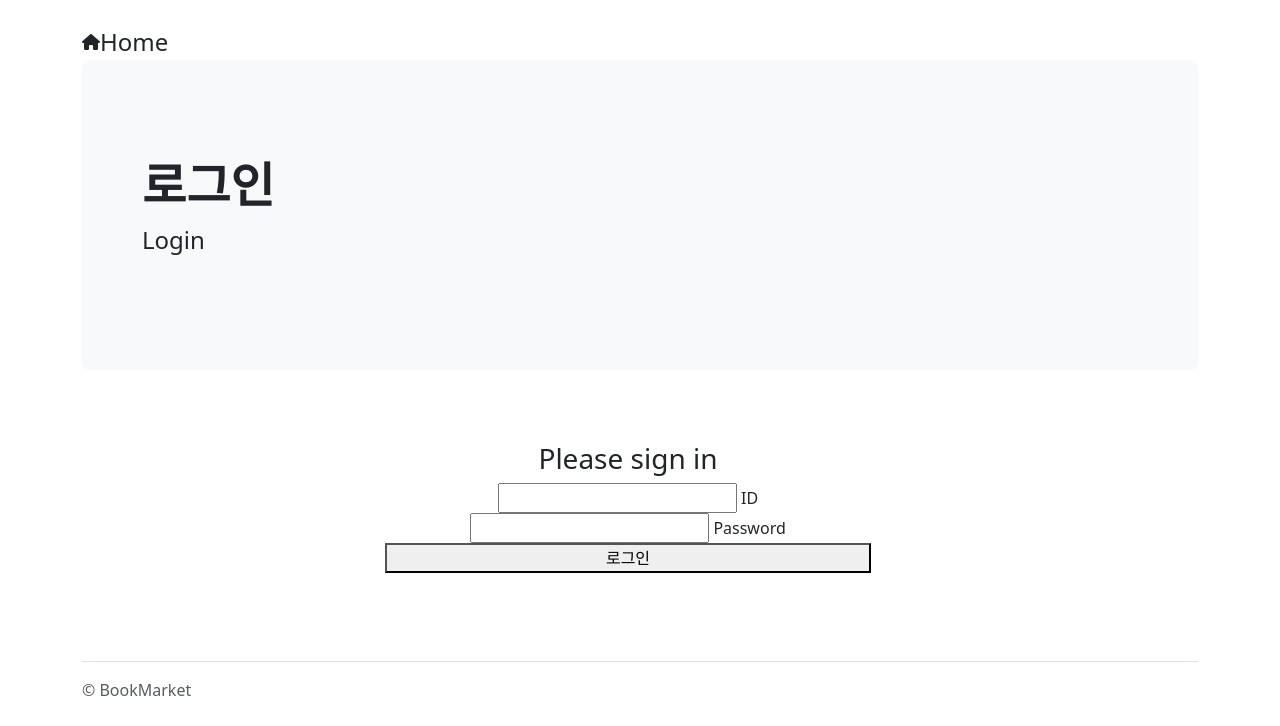
Repository: byeolchorong/ITedunet
Page: http://localhost/BookMarket/login.jsp
The author's editor kept a copy of each file at every save. The page is drawn from the files as they stood at one save, then again after the next save.
The browser window is 1280 px wide. The pictures show the whole page.
Some web libraries are served in a nearby version. The page is served by Tomcat 9. Nobody is signed in. The application's start-up code is not run.

Above is the page before, as saved 2025-05-29 06:10:34.

After the next save:
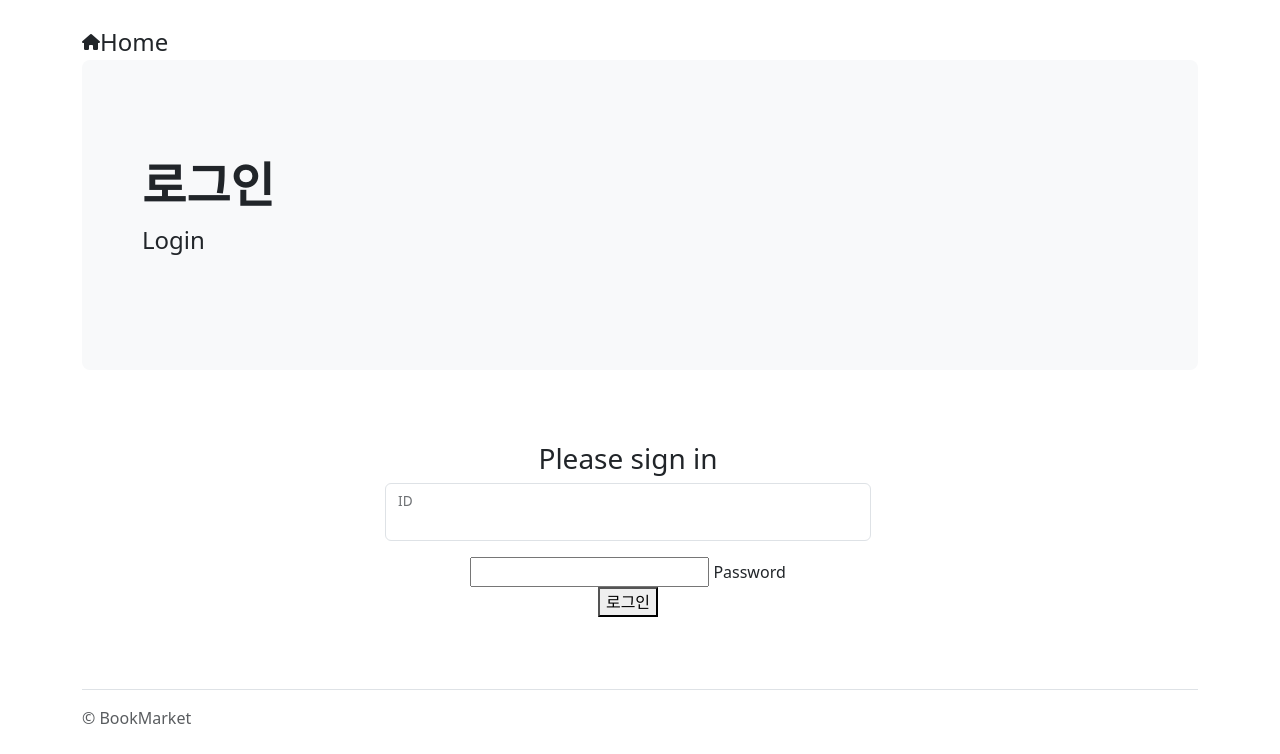
Saved 79 s later.
--- a/JSP/BookMarket/src/main/webapp/login.jsp
+++ b/JSP/BookMarket/src/main/webapp/login.jsp
@@ -29,9 +29,9 @@
 					out.println("</div>");
 				}
 				%>
-				<form class="form-floating mb-3 row">
-					<div>
-						<input>
+				<form class="form-signin" action="j_security_check" method="post">
+					<div class="form-floating mb-3 row">
+						<input type="text" class="form-control" name='j_username'>
 						<label>ID</label>
 					</div>
 
